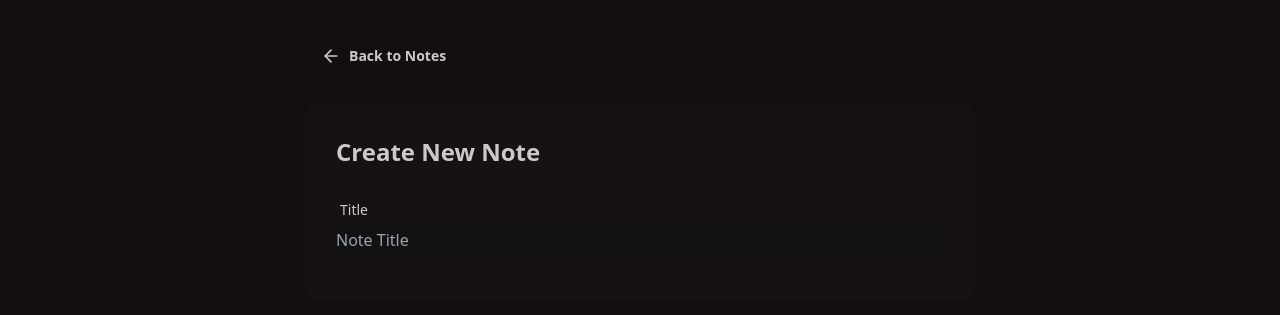
Repository: Harsha201105/ThinkBoard
Page: /create (app in frontend/)
The author's editor kept a copy of each file at every save. The page is drawn from the files as they stood at one save, then again after the next save.
The browser window is 1280 px wide. The pictures show the whole page.
The project was rebuilt for these pictures with package versions that can differ from the ones it lists, and the page was loaded fresh each time. Also part of the build but not shown: frontend/vite.config.js, frontend/src/components/NavBar.jsx, frontend/src/components/RateLimitedUI.jsx, frontend/src/components/NoteCard.jsx, frontend/src/pages/HomePage.jsx, frontend/src/pages/NoteDetailPage.jsx.

Above is the page before, as saved 2025-09-07 20:09:20.

### frontend/src/main.jsx
import { StrictMode } from 'react'
import { createRoot } from 'react-dom/client'
import './index.css'
import App from './App.jsx'
import { BrowserRouter } from 'react-router-dom'
import {Toaster} from 'react-hot-toast'

createRoot(document.getElementById('root')).render(
  <StrictMode>
    <BrowserRouter>
      <App />
      <Toaster />
    </BrowserRouter>
  </StrictMode>
)

### frontend/src/App.jsx
import React from 'react'
import HomePage from './pages/HomePage.jsx'
import CreatePage from './pages/CreatePage.jsx'
import NoteDetailPage from './pages/NoteDetailPage.jsx'
import { Routes, Route } from 'react-router-dom'
// import toast from 'react-hot-toast'

const App = () => {
  return (
    <div claaName="relative h-full w-full" data-theme="forest">
      <div className='absolute inset-0 -z-10 h-full w-full items-center px-5 py-24 [background:radial-gradient(125%_125%_at_50%_10%,#000_60%,#00FF9D40_100%)]' />
      <Routes>
        <Route path="/" element={<HomePage />} />
        <Route path="/create" element={<CreatePage />} />
        <Route path="/note/:id" element={<NoteDetailPage />} />
      </Routes>
    </div>
  )
};

export default App

### frontend/src/pages/CreatePage.jsx
import React from 'react'
import { useState } from 'react'
import { Link } from 'react-router'
import { ArrowLeftIcon } from 'lucide-react'

const CreatePage = () => {

  const [title,setTitle]=useState("");
  const [content,setContent]=useState("");
  const [loading,setLoading]=useState(false);

  const handleSubmit = ()=>{

  }
  return <div className='min-h-screen bg-base-200'>
    <div className='container mx-auto px-4 py-8'>
    <div className='max-w-2xl mx-auto'>
      <Link to={"/"} className="btn btn-ghost mb-6">
      <ArrowLeftIcon className='size-5'/>
      Back to Notes
      </Link>
      <div className='card bg-base-100'>
        <div className='card-body'>
          <h2 className='card-title text-2xl mb-4'>Create New Note</h2>
          <form onSubmit={handleSubmit}>
            <div className='form-control mb-4'>
              <label className='label'>
                <span className='label-text'>Title</span>
              </label>
              <input type="text"
              placeholder='Note Title'
              className='input-bordered'
              value={title}
              onChange={(e)=>setTitle(e.target.value)}
              />
            </div>

          </form>
      </div>
    </div>
  </div>
  </div>
  </div>

}

export default CreatePage

### frontend/tailwind.config.js
import daisyui from 'daisyui';

/** @type {import('tailwindcss').Config} */
export default {
  content: [
    "./index.html",
    "./src/**/*.{js,ts,jsx,tsx}",
  ],
  theme: {
    extend: {},
  },
  plugins: [daisyui],
  daisyui:{
    themes:["forest"]
  }
}

Loaded but not shown: frontend/index.html (common file); frontend/src/index.css (common file)

After the next save:
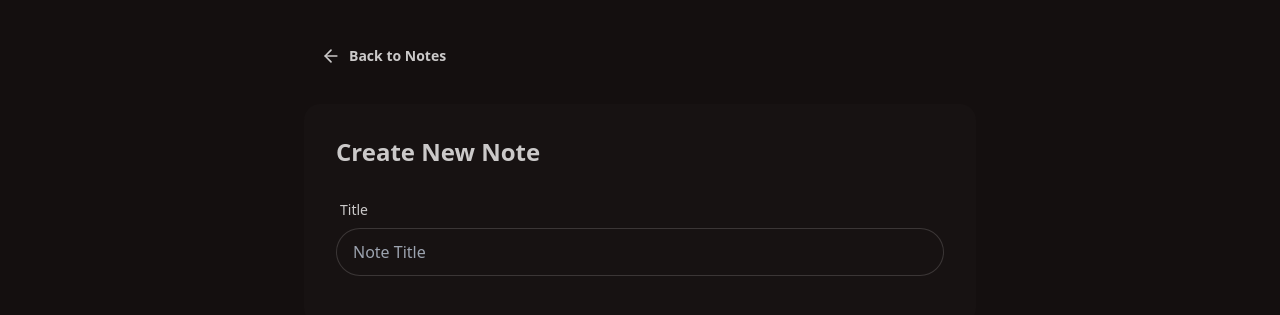
Saved 20 min 22 s later.
--- a/frontend/src/pages/CreatePage.jsx
+++ b/frontend/src/pages/CreatePage.jsx
@@ -29,18 +29,17 @@
               </label>
               <input type="text"
               placeholder='Note Title'
-              className='input-bordered'
+              className='input input-bordered'
               value={title}
               onChange={(e)=>setTitle(e.target.value)}
               />
             </div>
-
           </form>
-      </div>
+       </div>
     </div>
   </div>
-  </div>
-  </div>
+</div>
+</div>
 
 }
 
